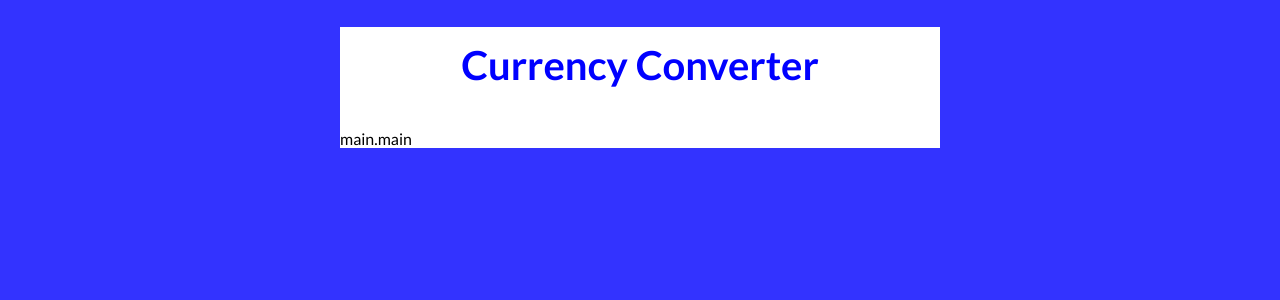
Repository: kkasperczyk/currency-converter
Page: index.html
These files come from the project's save history. The page is drawn as it stood at one moment and after the next save; the edit follows.
The browser window is 1280 px wide. The pictures show the whole page.

Above is the page before, as saved 2020-06-15 22:06:18.

After the next save:
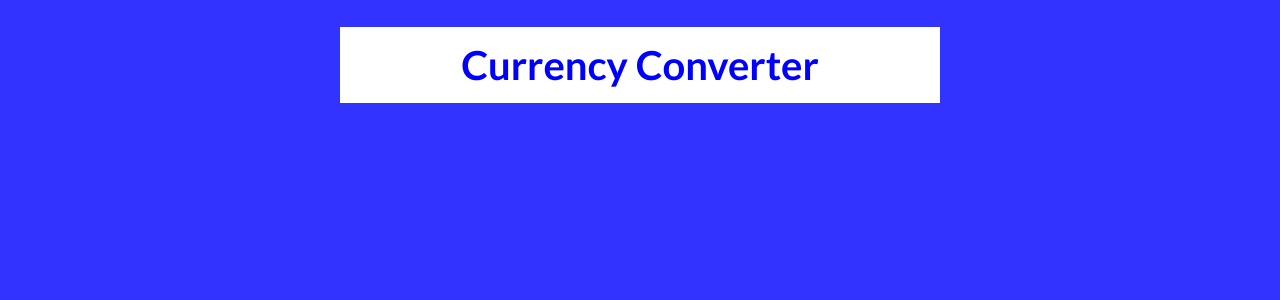
Saved 9 s later.
--- a/index.html
+++ b/index.html
@@ -19,7 +19,7 @@
         <header class="header">
             <h1 class="header__title">Currency Converter</h1>
         </header>
-        main.main
+        <main class="mainContent"></main>
         <form class="form">
 
         </form>
